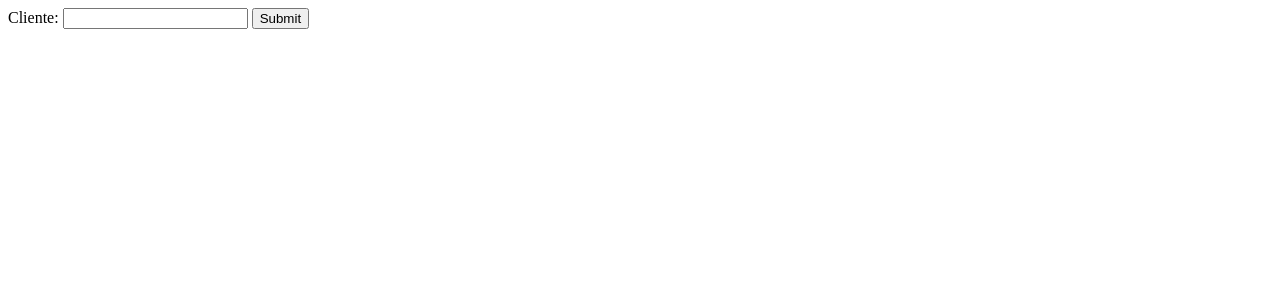
Repository: brunoduarteads/servlets
Page: gerenciador/WebContent/formularioCadastro.html
The author's editor kept a copy of each file at every save. The page is drawn from the files as they stood at one save, then again after the next save.
The browser window is 1280 px wide. The pictures show the whole page.

Above is the page before, as saved 2020-04-13 17:59:15.

After the next save:
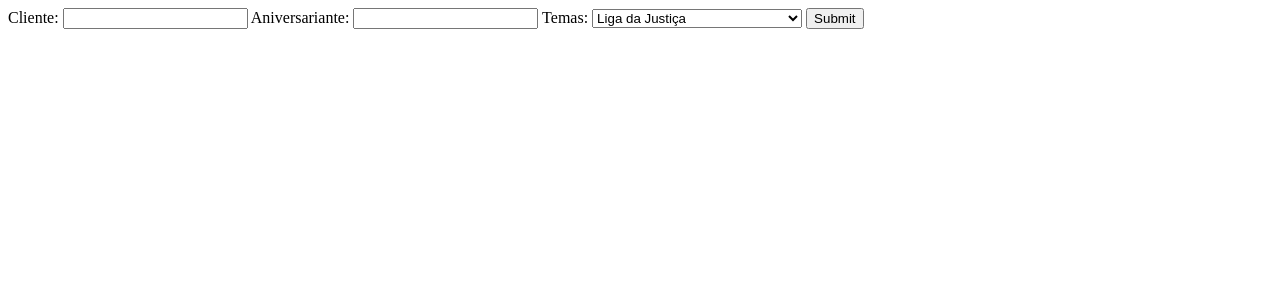
Saved 18 min 1 s later.
--- a/gerenciador/WebContent/formularioCadastro.html
+++ b/gerenciador/WebContent/formularioCadastro.html
@@ -10,6 +10,36 @@
 
     Cliente: <input type="text" name="nome" />
 
+    Aniversariante: <input type="text" aniversariante="aniversariante" />
+
+    Temas: <select> <optgroup label="Masculinos">
+     <option>Liga da Justiça</option>
+     <option>Ben 10</option>
+     <option>Vindadores</option>
+     <option>KND</option>
+     <option>Jaspion</option>
+     <option>Changerman</option>
+     <option>Power Rangers</option>
+     <option>National Kid</option>
+     <option>Corrida Maluca</option>
+
+     </optgroup>
+     <optgroup label="Femininos">
+     <option>A bela e a fera</option>
+     <option>Barbie</option>
+     <option>Juniper Lee</option>
+     <option>As meninas super poderosas</option>
+     <option>Mulan</option>
+     <option>Peppa Pig</option>
+     <option>Clube das Winx</option>
+
+     </optgroup>
+
+
+    </select>
+
+
+
     <input type="submit"   />
 
 </form>
